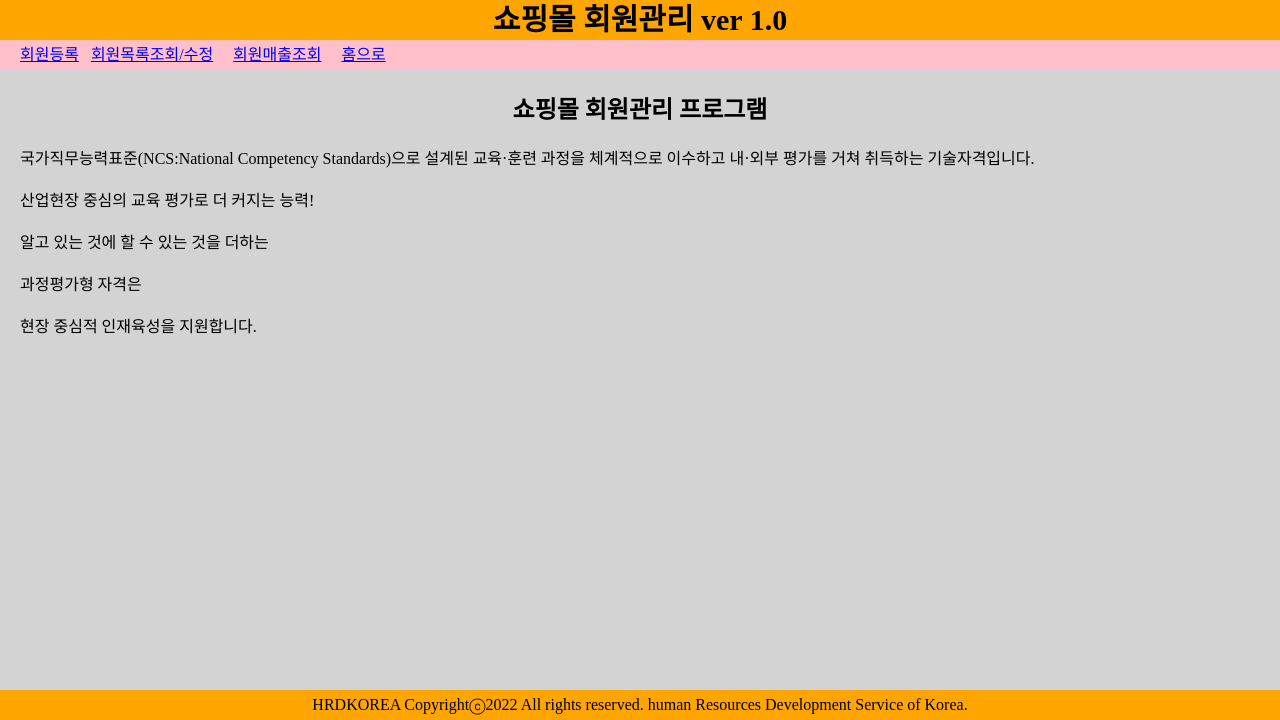
Repository: pcshoya/hrdkorea
Page: http://localhost/shopping_2-4반_/
The author's editor kept a copy of each file at every save. The page is drawn from the files as they stood at one save, then again after the next save.
The browser window is 1280 px wide. The pictures show the whole page.
The page is served by Tomcat 9.

Above is the page before, as saved 2025-03-24 01:35:48.

### shopping(2-4반)/src/main/webapp/index.jsp
<%@ page language="java" contentType="text/html; charset=UTF-8"
    pageEncoding="UTF-8"%>
<!DOCTYPE html>
<html>
<head>
<meta charset="UTF-8">
<title>Insert title here</title>
</head>
<body>
<jsp:include page="header.jsp"></jsp:include>
<section style = "position:fixed; top:70px; left:0px; width:100%; height:100%; background-color:lightgray ">
<h2 style="text-align:center">쇼핑몰 회원관리 프로그램</h2>
<p style="padding-left:20px">
국가직무능력표준(NCS:National Competency Standards)으로 설계된 교육·훈련 과정을 체계적으로 이수하고 내·외부 평가를 거쳐 취득하는 기술자격입니다.<br><br>
산업현장 중심의 교육 평가로 더 커지는 능력!<br><br>
알고 있는 것에 할 수 있는 것을 더하는<br><br>
과정평가형 자격은<br><br>
현장 중심적 인재육성을 지원합니다.<br><br>
</p>
</section>
<jsp:include page="footer.jsp"></jsp:include>
</body>
</html>

### shopping(2-4반)/src/main/webapp/header.jsp
<%@ page language="java" contentType="text/html; charset=UTF-8"
    pageEncoding="UTF-8"%>
<!DOCTYPE html>
<html>
<head>
<meta charset="UTF-8">
<title>shopping mall</title>
</head>
<body>
<header style="position:fixed;top:0px;left:0px;width:100%;height:40px;line-height:40px;background-color:orange;text-align:center;font-size:30px">
<b>쇼핑몰 회원관리 ver 1.0</b>
</header>
<nav style="position: fixed ; top: 40px ; left: 0px; width: 100% ; height: 30px ; line-height: 30px;
background-color: pink;padding-left: 20px">
<a href = "insert.jsp"> 회원등록</a>&nbsp;&nbsp;
<a href = "list.jsp"> 회원목록조회/수정</a> &nbsp; &nbsp;
<a href = "salary.jsp">회원매출조회</a>  &nbsp; &nbsp;
<a href = "index.jsp">홈으로</a>
</nav>
</body>
</html>

### shopping(2-4반)/src/main/webapp/footer.jsp
<%@ page language="java" contentType="text/html; charset=UTF-8"
    pageEncoding="UTF-8"%>
<!DOCTYPE html>
<html>
<head>
<meta charset="UTF-8">
<title>Insert title here</title>
</head>
<body>
<footer style = " position: fixed ; bottom: 0px ; left: 0px; width: 100% ; height: 30px ; line-height: 30px;
background-color: orange; text-align: center">
HRDKOREA Copyrightⓒ2022 All rights reserved. human Resources Development Service of Korea.</footer>
</body>
</html>

After the next save:
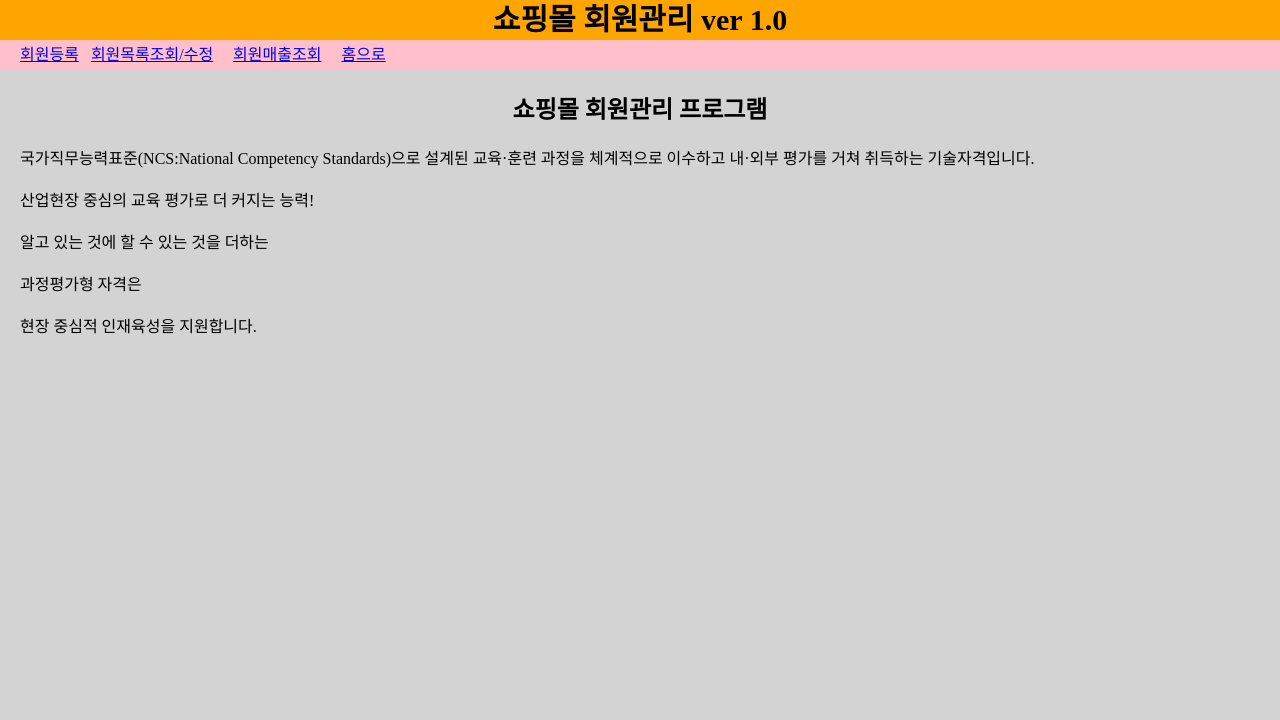
Saved 13 s later.
--- a/shopping(2-4반)/src/main/webapp/index.jsp
+++ b/shopping(2-4반)/src/main/webapp/index.jsp
@@ -18,6 +18,5 @@
 현장 중심적 인재육성을 지원합니다.<br><br>
 </p>
 </section>
-<jsp:include page="footer.jsp"></jsp:include>
 </body>
 </html>
